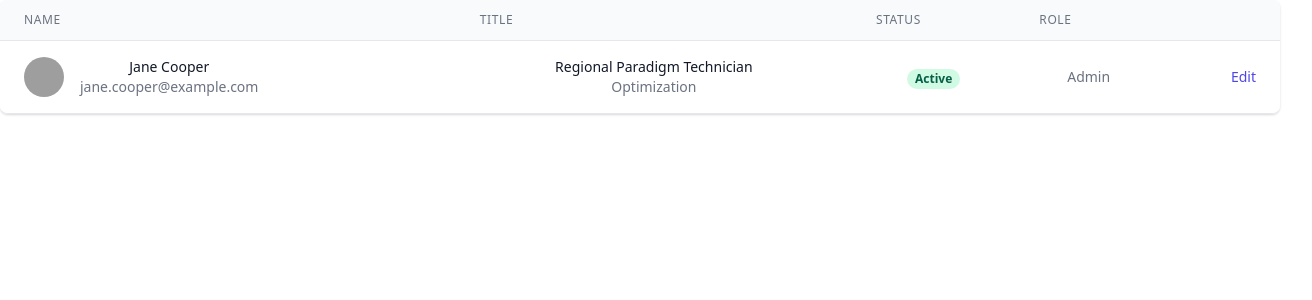
Repository: maikeru-desu/parking-lot
Page: / (app in parking-lot-fe/)
These files come from the project's save history. The page is drawn as it stood at one moment and after the next save; the edit follows.
The browser window is 1280 px wide. The page is 1312 px wide, so the pictures cover 1312 px, including what lies to the right of the window. The pictures show the whole page.
Pictures or frames that could not be fetched are drawn as grey boxes. The project was rebuilt for these pictures with package versions that can differ from the ones it lists, and the page was loaded fresh each time. Also part of the build but not shown: parking-lot-fe/craco.config.js.

Above is the page before, as saved 2021-10-13 23:31:39.

After the next save:
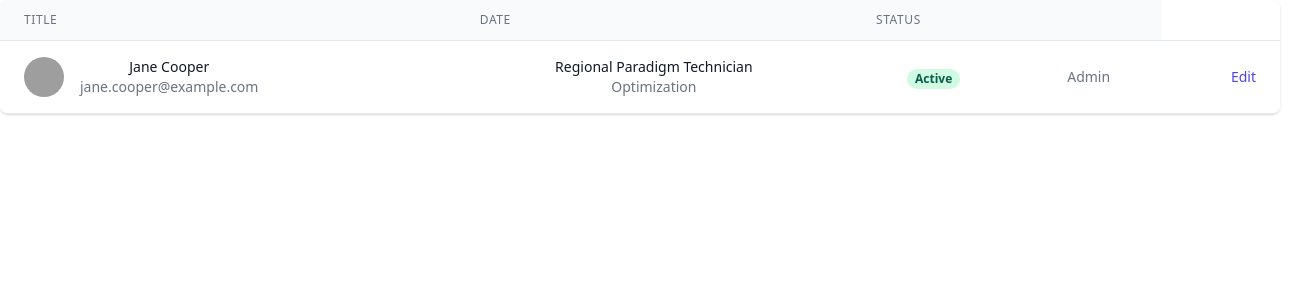
Saved 90 s later.
--- a/parking-lot-fe/src/pages/Home.js
+++ b/parking-lot-fe/src/pages/Home.js
@@ -26,25 +26,19 @@ const Home = () => {
                                         scope="col"
                                         className="px-6 py-3 text-left text-xs font-medium text-gray-500 uppercase tracking-wider"
                                     >
-                                        Name
-                                    </th>
-                                    <th
-                                        scope="col"
-                                        className="px-6 py-3 text-left text-xs font-medium text-gray-500 uppercase tracking-wider"
-                                    >
                                         Title
                                     </th>
                                     <th
                                         scope="col"
                                         className="px-6 py-3 text-left text-xs font-medium text-gray-500 uppercase tracking-wider"
                                     >
-                                        Status
+                                        Date
                                     </th>
                                     <th
                                         scope="col"
                                         className="px-6 py-3 text-left text-xs font-medium text-gray-500 uppercase tracking-wider"
                                     >
-                                        Role
+                                        Status
                                     </th>
                                     <th scope="col" className="relative px-6 py-3">
                                         <span className="sr-only">Edit</span>
